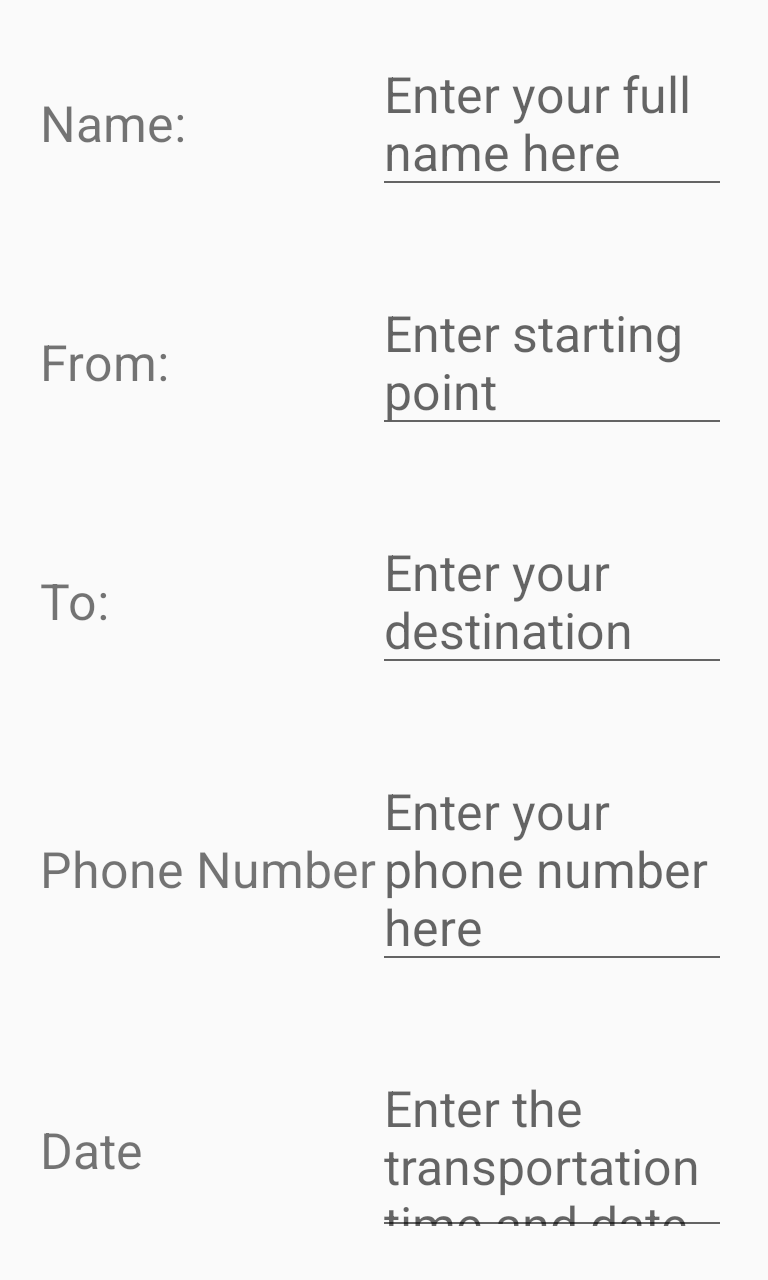
Repository: TewodrosT/LiLY
Layout: TransportationLily/res/layout/activity_main.xml
An editor plug-in stored every save of this project. The layout is shown before and after the next save, followed by the edit.
It is drawn on a 768 x 1280 px phone screen (xhdpi) without system bars, with theme AppTheme; the app's code is not run.

Above is the layout before, as saved 2014-08-06 11:28:16.

### TransportationLily/res/layout/activity_main.xml
<LinearLayout xmlns:android="http://schemas.android.com/apk/res/android"
    xmlns:tools="http://schemas.android.com/tools"
    android:layout_width="match_parent"
    android:layout_height="match_parent"
    android:orientation="vertical"
    tools:context="com.example.transportationlily.MainActivity" >

    <TableLayout
        android:layout_width="match_parent"
        android:layout_height="match_parent" >


        <TableRow
            android:layout_width="wrap_content"
            android:layout_height="wrap_content"
            android:layout_margin="20sp" >

            <TextView
                android:layout_width="wrap_content"
                android:layout_height="wrap_content"
                android:text="@string/senior_name"
                android:textSize="25sp" />

            <EditText
                android:id="@+id/to"
                android:layout_width="0dp"
                android:layout_height="wrap_content"
                android:layout_weight="1"
                android:hint="@string/typein_name"
                android:textSize="25sp" />
        </TableRow>

       <TableRow
            android:layout_width="wrap_content"
            android:layout_height="wrap_content"
            android:layout_margin="20sp" >

            <TextView
                android:layout_width="wrap_content"
                android:layout_height="wrap_content"
                android:text="@string/starting_point"
                android:textSize="25sp" />

            <EditText
                android:id="@+id/from"
                android:layout_width="0dp"
                android:layout_height="wrap_content"
                android:layout_weight="1"
                android:hint="@string/starting_location"
                android:textSize="25sp" />
        </TableRow>

        <TableRow
            android:layout_width="wrap_content"
            android:layout_height="wrap_content"
            android:layout_margin="20sp" >

            <TextView
                android:layout_width="wrap_content"
                android:layout_height="wrap_content"
                android:text="@string/destination_point"
                android:textSize="25sp" />

            <EditText

                android:layout_width="0dp"
                android:layout_height="wrap_content"
                android:layout_weight="1"
                android:hint="@string/ending_location"
                android:textSize="25sp" />
        </TableRow>

         <TableRow
            android:layout_width="wrap_content"
            android:layout_height="wrap_content"
            android:layout_margin="20sp" >

            <TextView
                android:layout_width="wrap_content"
                android:layout_height="wrap_content"
                android:text="@string/contact_info"
                android:textSize="25sp" />

            <EditText

                android:layout_width="0dp"
                android:layout_height="wrap_content"
                android:layout_weight="1"
                android:hint="@string/phone_number"
                android:textSize="25sp" />
        </TableRow>

      <TableRow
            android:layout_width="wrap_content"
            android:layout_height="wrap_content"
            android:layout_margin="20sp" >

            <TextView
                android:layout_width="wrap_content"
                android:layout_height="wrap_content"
                android:text="@string/date_time"
                android:textSize="25sp" />

            <EditText

                android:layout_width="0dp"
                android:layout_height="wrap_content"
                android:layout_weight="1"
                android:hint="@string/typein_date"
                android:textSize="25sp" />
        </TableRow>


      <TableRow
            android:layout_width="wrap_content"
            android:layout_height="wrap_content"
            android:layout_margin="20sp"
            android:gravity="center_horizontal" >
      <Button
        android:layout_width="wrap_content"
        android:layout_height="wrap_content"
        android:text="@string/button_askride"
        android:onClick="sendMessage" />

     <Button
        android:layout_width="wrap_content"
        android:layout_height="wrap_content"
        android:text="@string/button_offerride"
        android:onClick="sendMessage" />
     </TableRow>

    </TableLayout>

</LinearLayout>

### TransportationLily/res/values/strings.xml
<?xml version="1.0" encoding="utf-8"?>
<resources>

    <string name="app_name">TransportationLily</string>
    <string name="hello_world">Hello world!</string>
    <string name="action_settings">Settings</string>
    <string name= "starting_point">From: </string>
    <string name="starting_location">Enter starting point</string>
    <string name= "destination_point">To: </string>
    <string name="ending_location">Enter your destination</string>
    <string name= "senior_name"> Name: </string>
    <string name= "typein_name"> Enter your full name here</string>
    <string name= "contact_info"> Phone Number</string>
    <string name= "phone_number"> Enter your phone number here</string>
    <string name = "button_askride"> Ask for ride</string>
    <string name = "button_offerride"> Offer ride</string>
    <string name = "date_time"> Date </string>
    <string name = "typein_date"> Enter the transportation time and date here</string>
</resources>

Loaded but not shown: TransportationLily/res/values/styles.xml (common file); TransportationLily/res/values-v11/styles.xml (common file); TransportationLily/res/values-v14/styles.xml (common file)

After the next save:
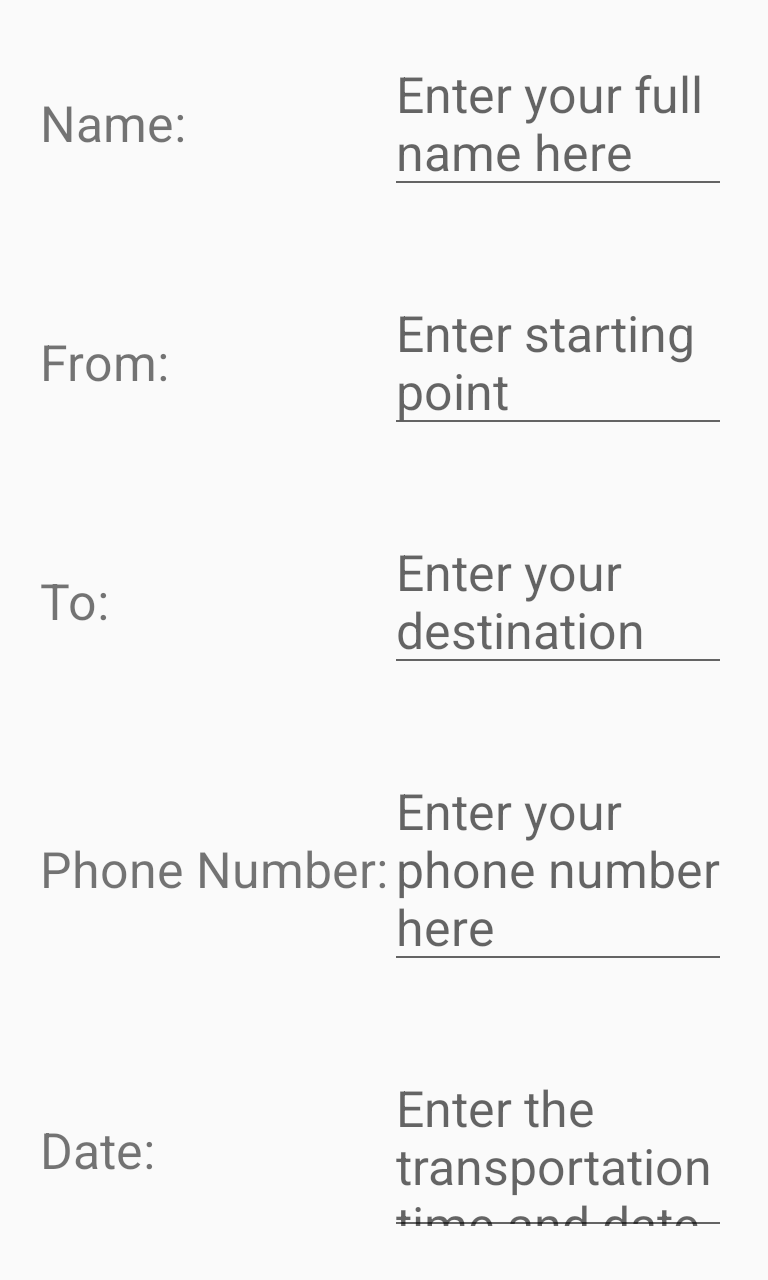
Saved 65 s later.
--- a/TransportationLily/res/values/strings.xml
+++ b/TransportationLily/res/values/strings.xml
@@ -10,10 +10,10 @@
     <string name="ending_location">Enter your destination</string>
     <string name= "senior_name"> Name: </string>
     <string name= "typein_name"> Enter your full name here</string>
-    <string name= "contact_info"> Phone Number</string>
+    <string name= "contact_info"> Phone Number: </string>
     <string name= "phone_number"> Enter your phone number here</string>
     <string name = "button_askride"> Ask for ride</string>
     <string name = "button_offerride"> Offer ride</string>
-    <string name = "date_time"> Date </string>
+    <string name = "date_time"> Date: </string>
     <string name = "typein_date"> Enter the transportation time and date here</string>
 </resources>
